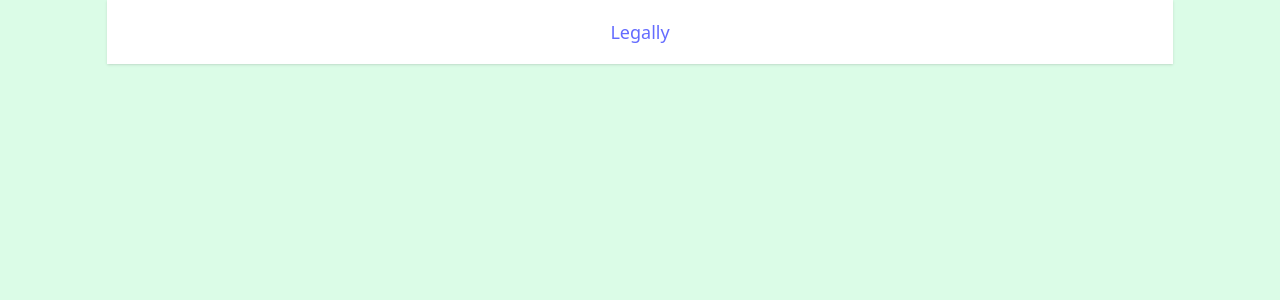
Repository: OdinPie/legal-search-acmeai
Page: / (app in legal-frontend/)
The author's editor kept a copy of each file at every save. The page is drawn from the files as they stood at one save, then again after the next save.
The browser window is 1280 px wide. The pictures show the whole page.
The project was rebuilt for these pictures with package versions that can differ from the ones it lists, and the page was loaded fresh each time. Also part of the build but not shown: legal-frontend/vite.config.js, legal-frontend/src/components/SearchSection.jsx.

Above is the page before, as saved 2025-11-05 16:10:08.

After the next save:
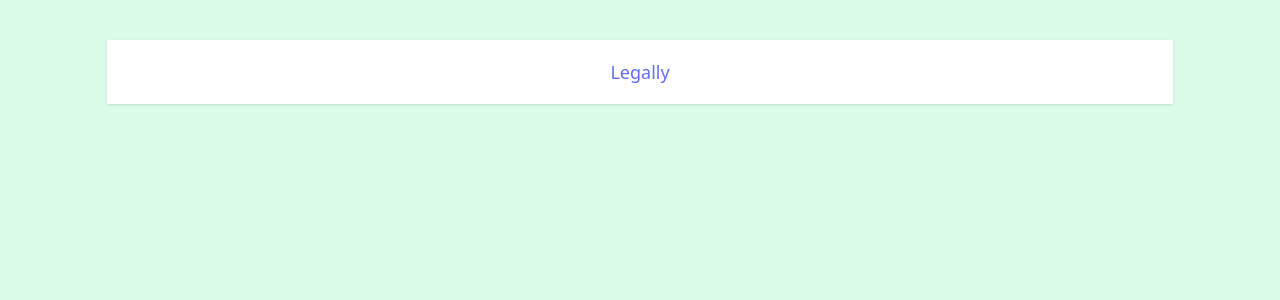
Saved 7 s later.
--- a/legal-frontend/src/components/Navbar.jsx
+++ b/legal-frontend/src/components/Navbar.jsx
@@ -1,7 +1,7 @@
 export default function Navbar() {
 
   return (
-    <div className="flex justify-center top-10 ">
+    <div className="flex justify-center sticky top-10 ">
         <div className="navbar bg-base-100 shadow-sm sticky z-10 w-10/12">
     <div className="flex justify-center w-full">
         <a className="btn btn-ghost text-lg">Legally</a>
